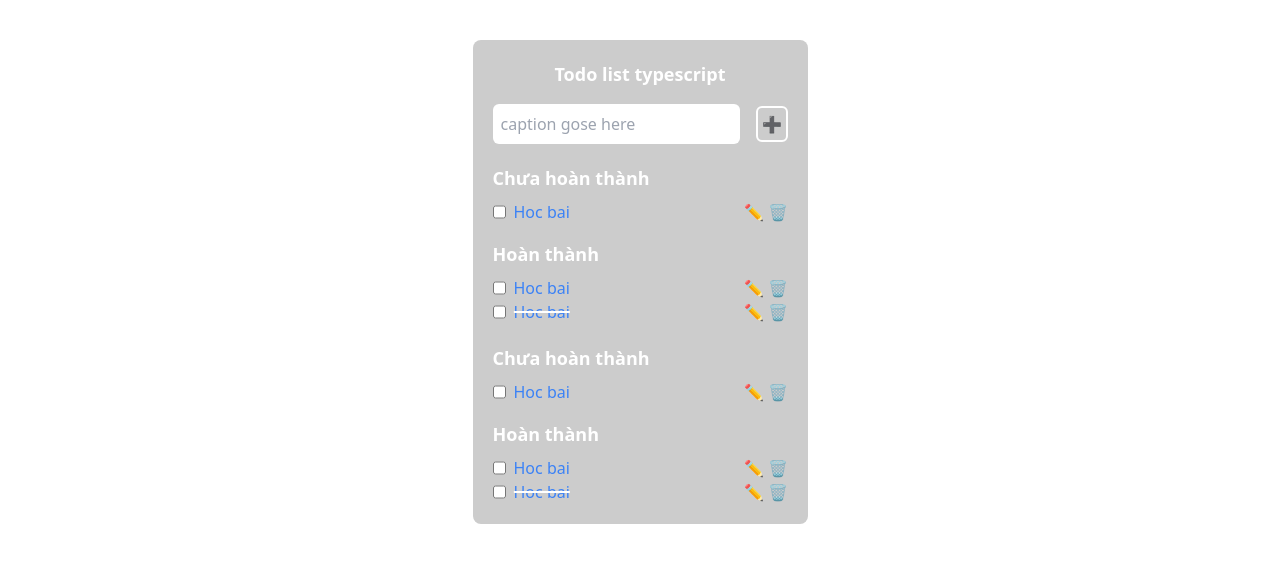
Repository: VIET-TU/react-super-main
Page: / (app in todolist-mybuild/)
An editor plug-in stored every save of this project. The page is shown before and after the next save, followed by the edit.
The browser window is 1280 px wide. The pictures show the whole page.
The project was rebuilt for these pictures with package versions that can differ from the ones it lists, and the page was loaded fresh each time. Also part of the build but not shown: todolist-mybuild/vite.config.ts.

Above is the page before, as saved 2023-05-16 07:21:52.

After the next save:
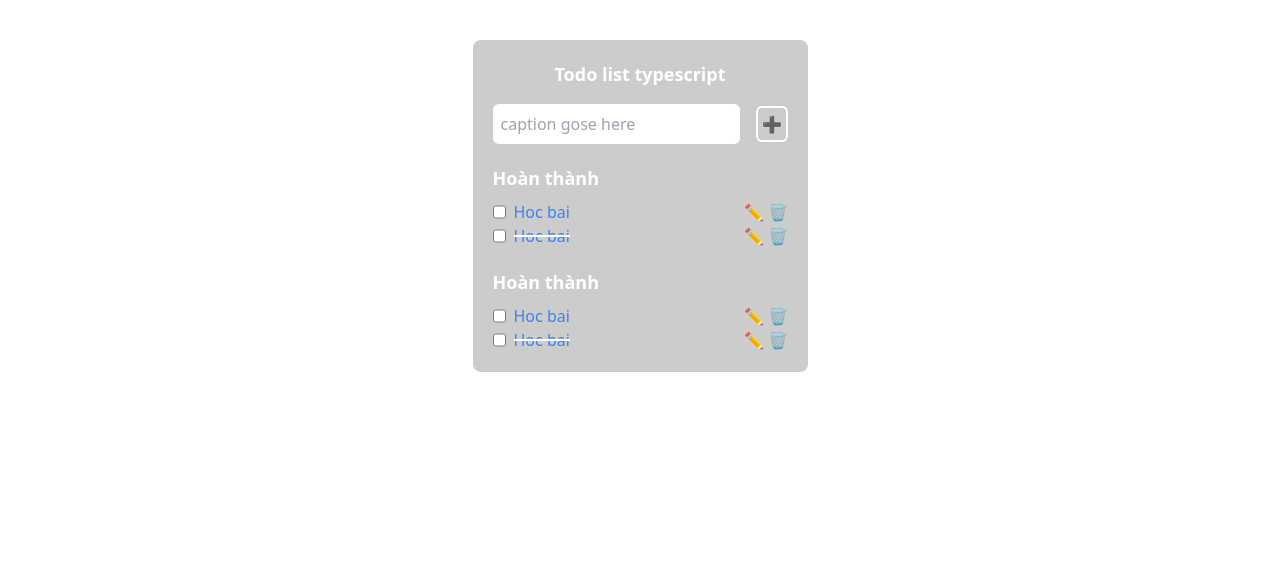
Saved 19 s later.
--- a/todolist-mybuild/src/components/TaskList/TaskList.tsx
+++ b/todolist-mybuild/src/components/TaskList/TaskList.tsx
@@ -1,21 +1,6 @@
 const TaskList = (props) => {
   return (
     <div className='mt-5 text-blue-500'>
-      <div className='mb-4 unfinish'>
-        <h2 className='mb-2 text-lg font-bold text-white text-[20px]'>Chưa hoàn thành</h2>
-        <div className='tasks '>
-          <div className='flex justify-between task'>
-            <div className='flex gap-2'>
-              <input type='checkbox' name='' id=' ' />
-              <span>Hoc bai</span>
-            </div>
-            <div className='flex gap-1'>
-              <button>✏️</button>
-              <button>🗑️</button>
-            </div>
-          </div>
-        </div>
-      </div>
       <div className='finish'>
         <h2 className='mb-2 text-lg font-bold text-white text-[20px]'>Hoàn thành</h2>
         <div className='tasks '>
